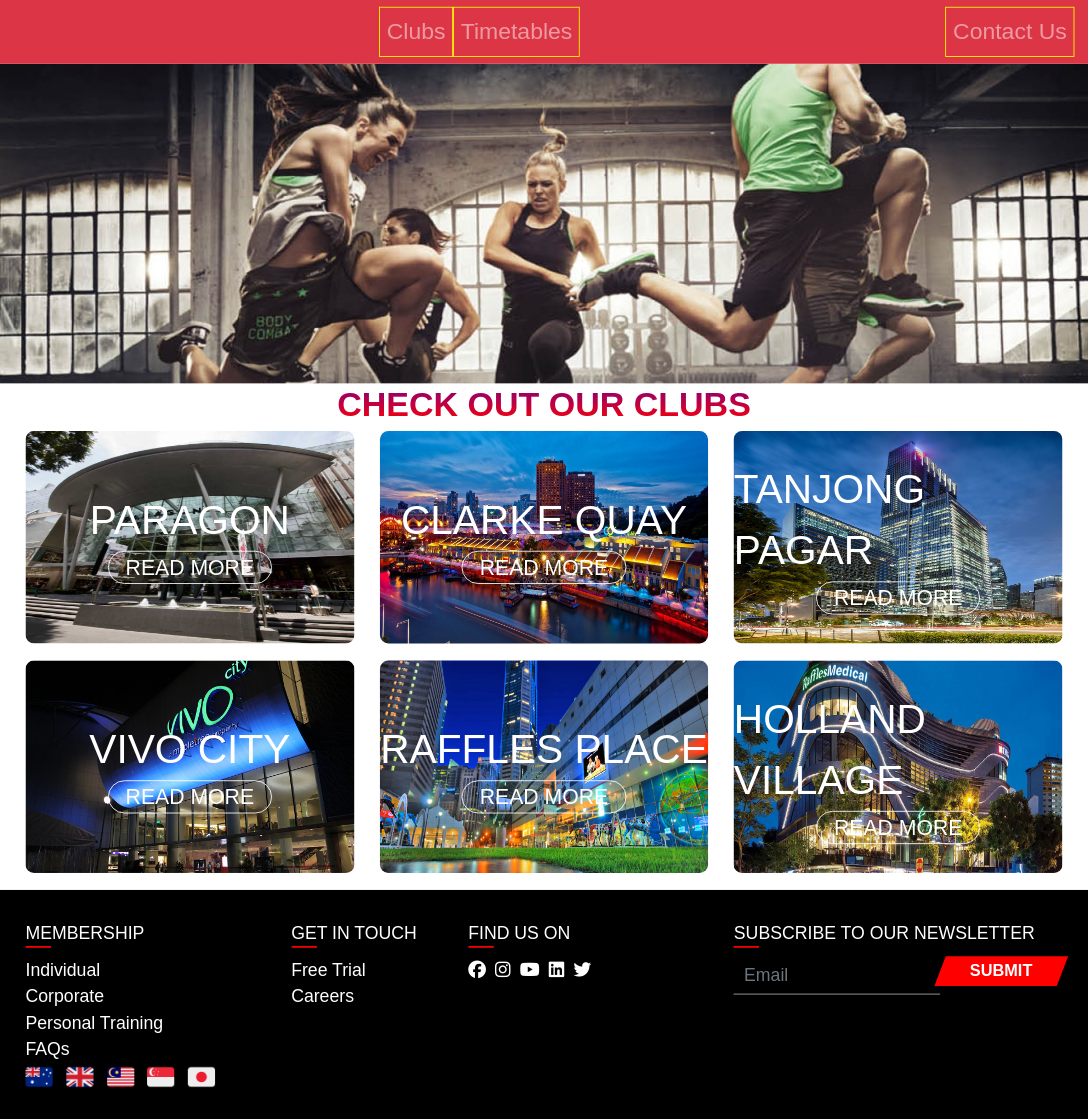
Repository: KJY93/User_Centric_Frontend_Development_Project
Page: clubs.html
The author's editor kept a record of every edit. The page is drawn from the files as they stood at one moment, then again after the next edit.
The browser window is 1280 px wide. The pictures show the whole page, at 85% of full size.
Some web fonts or font styles are not loaded; a fallback is used. Some web libraries are served in a nearby version.

Above is the page before.

### clubs.html
<!DOCTYPE html>
<html lang="en-US">
	<head>
	    <meta charset="UTF-8">
	    <meta name="viewport" content="width=device-width, initial-scale=1.0">
	    <meta http-equiv="X-UA-Compatible" content="ie=edge">
	    <title>Shape Shifters | Our Clubs</title>

		<!-- Google Fonts -->
	    <link href="https://fonts.googleapis.com/css?family=Cute+Font&display=swap" rel="stylesheet">

	    <!-- Logo -->
	    <link rel="icon" href="static/fitness-logo.ico">

	    <!-- Bootstrap CSS -->
	    <link rel="stylesheet" href="https://stackpath.bootstrapcdn.com/bootstrap/4.3.1/css/bootstrap.min.css" integrity="sha384-ggOyR0iXCbMQv3Xipma34MD+dH/1fQ784/j6cY/iJTQUOhcWr7x9JvoRxT2MZw1T" crossorigin="anonymous">

	    <!-- External CSS StyleSheet -->
		<link rel="stylesheet" type="text/css" href="static/styles.css">

		<!-- Bootstrap JS -->
	    <script src="https://code.jquery.com/jquery-3.3.1.slim.min.js" integrity="sha384-q8i/X+965DzO0rT7abK41JStQIAqVgRVzpbzo5smXKp4YfRvH+8abtTE1Pi6jizo" crossorigin="anonymous"></script>
	    <script src="https://cdnjs.cloudflare.com/ajax/libs/popper.js/1.14.7/umd/popper.min.js" integrity="sha384-UO2eT0CpHqdSJQ6hJty5KVphtPhzWj9WO1clHTMGa3JDZwrnQq4sF86dIHNDz0W1" crossorigin="anonymous"></script>
	    <script src="https://stackpath.bootstrapcdn.com/bootstrap/4.3.1/js/bootstrap.min.js" integrity="sha384-JjSmVgyd0p3pXB1rRibZUAYoIIy6OrQ6VrjIEaFf/nJGzIxFDsf4x0xIM+B07jRM" crossorigin="anonymous"></script>

	    <!-- Font Awesome -->
	    <script src="https://kit.fontawesome.com/3df94da5fe.js"></script>

	    <!--External JS -->
	    <script type="text/javascript" src="static/index.js"></script>
	</head>
	<body>
		<main>
	        <!-- Navbar -->
			<nav class="navbar navbar-expand-md navbar-dark bg-danger">

			  	<button class="navbar-toggler" type="button" data-toggle="collapse" data-target="#navbarNav">
			    <span class="navbar-toggler-icon"></span>
			  	</button>
			  	<div class="collapse navbar-collapse" id="navbarNav">

			    	<ul class="navbar-nav ml-auto">
			      		<li class="nav-item">
			        		<a class="nav-link nav-status" href="clubs.html">Clubs</a>
			      		</li>
			      		<li class="nav-item">
			        		<a class="nav-link nav-status" href="timetables.html">Timetables</a>
			      		</li>
			    	</ul>

			    	<ul class="navbar-nav ml-auto">
			      		<li class="nav-item">
			        		<a class="nav-link nav-status" href="contact.html">Contact Us</a>
			      		</li>
			    	</ul>
			  	</div>
			</nav>

			<!-- Header background -->
			<div id="club-header-background"></div>

			<div>
				<h1 class="club-header"><strong>CHECK OUT OUR CLUBS</strong></h1>
			</div>

			<!-- To display clubs location -->
			<div class="container-fluid">
				<div class="row">
					<div class="col-sm-12 col-md-4 location-container">
						<a id="location-image-1" class="location" href="#">
							<div class="location-name">
								PARAGON
							</div>
							<div class="club-info">
								READ MORE
							</div>
						</a>
					</div>

					<div class="col-sm-12 col-md-4 location-container">
						<a id="location-image-2" class="location" href="#">
							<div class="location-name">
								CLARKE QUAY
							</div>
							<div class="club-info">
								READ MORE
							</div>
						</a>
					</div>

					<div class="col-sm-12 col-md-4 location-container">
						<a id="location-image-3" class="location" href="#">
							<div class="location-name">
								TANJONG PAGAR
							</div>
							<div class="club-info">
								READ MORE
							</div>
						</a>
					</div>

					<div class="col-sm-12 col-md-4 location-container">
						<a id="location-image-4" class="location" href="#">
							<div class="location-name">
								VIVO CITY
							</div>
							<div class="club-info">
								READ MORE
							</div>
						</a>
					</div>

					<div class="col-sm-12 col-md-4 location-container">
						<a id="location-image-5" class="location" href="#">
							<div class="location-name">
								RAFFLES PLACE
							</div>
							<div class="club-info">
								READ MORE
							</div>
						</a>
					</div>

					<div class="col-sm-12 col-md-4 location-container">
						<a id="location-image-6" class="location" href="#">
							<div class="location-name">
								HOLLAND VILLAGE
							</div>
							<div class="club-info">
								READ MORE
							</div>
						</a>
					</div>
				</div>
			</div>

			<!-- Footer -->
			<footer>
				<div class="container-fluid">
					<div class="row">
						<div class="col-sm-12 col-md-3">
							<div>MEMBERSHIP</div>
							<div class="separator"></div>
							<div>Individual</div>
							<div>Corporate</div>
							<div>Personal Training</div>
							<div>FAQs</div>
						</div>

						<div class="col-sm-12 col-md-2">
							<div>GET IN TOUCH</div>
							<div class="separator"></div>
							<div>Free Trial</div>
							<div>Careers</div>
						</div>

						<div class="col-sm-12 col-md-3">
							<div>FIND US ON</div>
							<div class="separator"></div>
							<div>
								<i class="fab fa-facebook social-media-logo"></i>
								<i class="fab fa-instagram social-media-logo"></i>
								<i class="fab fa-youtube social-media-logo"></i>
								<i class="fab fa-linkedin social-media-logo"></i>
								<i class="fab fa-twitter social-media-logo"></i>
							</div>
						</div>

						<div class="col-sm-12 col-md-4">
							<div>SUBSCRIBE TO OUR NEWSLETTER</div>

							<div class="separator"></div>

							<form method="post" action="">
								<div class="input-field-container">
									<div class="form-group">
										<input input id="subscription" type="email" class="form-control" placeholder="Email" required>
									</div>

									<div class="each">
										<button type="button" class="submit-btn" value="submit"><span>SUBMIT</span></button>
									</div>
								</div>
							</form>
						</div>

						<div class="col-sm-12">
							<img class="flag-logo" src="static/australia-flag.png" alt="australia flag"/>
							<img class="flag-logo" src="static/uk-flag.png" alt="uk flag"/>
							<img class="flag-logo" src="static/mys-flag.png" alt="malaysia flag"/>
							<img class="flag-logo" src="static/sg-flag.png" alt="singapore flag"/>
							<img class="flag-logo" src="static/jpn-flag.png" alt="japan flag"/>
						</div>
					</div>
				</div>
			</footer>
		</main>
	</body>
</html>

### static/styles.css
body, html {
	height: 100%;
}

body {
	font-family: 'Cute Font', cursive, sans-serif;
}

#navbarbrandlistitem {
	text-decoration: none;
}

nav li {
	border: 1px solid yellow;
}

body.home a.home, body.articles a.articles, body.blog a.blog {

	background-color: green;

}

.nav-item {
	font-size: 130%;
}

.table-striped > tbody > tr:nth-child(odd) > td {
	background: -webkit-linear-gradient(top, #fee5ac, #ffa824);
}

#subscription {
  background: transparent;
  border: none;
  border-bottom: 1px solid #a9a9a9;
  box-shadow: none;
  border-radius: 0;
}

.iframe-video-size {
	width: 300px;
	height: 320px;
}

.social-media-logo {
	margin-right: 5px;
}

.separator {
	margin-bottom: 10px;
	height: 2px;
	width: 30px;
	background: rgb(255, 0, 0);
	z-index: 1;
}

.row {
	margin-left: 0;
	margin-right: 0;
}

#advert > h1 {
	color: #ffffff;
}

#signup-link {
	color: #ffffff;
}

input[type="email"] {
 	font-size: 1em;
}

.col-sm-12, .col-md-6, .nav-link, #signup-link {
	font-size: 1.3em;
}

.link-deco:link {
	text-decoration: none;
}

.link-deco:hover {
	font-size:120%;
}

.link-font-color, button > .link-deco:hover {
	color: #ffffff;
}

.box2, .box3 {
	background: rgba(255,117,117,0.1);
}

.button-container, p, .challenge-container, #signup-container, .box3, .box2 {
	text-align: center;
}

#divider {
	width: 100%;
	border: 1px solid black;
}

footer {
	padding-top: 35px;
	padding-bottom: 35px;
	background: rgba(0, 0, 0);
	color: #ffffff;
}

.box1 {
	background:url('../static/background-mobile.jpg');
	background-repeat: no-repeat;
	background-size: 100% 100%;
	height: 280px;
	display: flex;
	align-items: center;
	justify-content: center;
}

/*https://codepen.io/adamjohnson/pen/aokGt*/
/* Skew button design adapted from the above codepen project*/
.submit-btn {
	color: #fff;
	background: #ff0000;
	font-weight: 700;
	text-align: center;
	text-decoration: none;
	border: 0;
	outline: 0;
	font-size: 1.2rem;
	padding: 12px 35px;
	display: inline-block;
	transform: skew(-21deg);
	border-radius: 0;
}

.input-field-container {
	display: flex;
	flex-direction: row;
}

.submit-btn:hover {
	background: #0069a8;
}

span {
	display: inline-block; /* change to inline-block so that the text can be un-skewed*/
}

.submit-btn > span {
	-webkit-transform: skew(21deg);  /* Un-skew the text */
}

.btn-group {
	padding-left: 15px;
}

.btn-group-1 {
	background: lightblue;
}

.flag-logo {
	padding-right: 10px;
}

#club-header-background {
	background:url('../static/bodycombat.jpg');
	background-repeat: no-repeat;
	background-size: 100% 100%;
	height: 200px;
}

.club-header {
	text-align: center;
	background: linear-gradient(to top, #ff0000 , #800080);
	-webkit-background-clip: text;
	-webkit-text-fill-color: transparent;
	font-size: 2.5em;
}

.location {
	display: flex;
	flex-direction: column;
	justify-content: center;
	align-items: center;
	color: #ffffff;
	margin-bottom: 20px;
}

.location:link {
	text-decoration: none;
}

.location:hover {
	opacity: 0.8;
}

.location:hover .location-name, .location:hover .club-info {
	background: linear-gradient(to top, #ff0000 , #ff9800);
	-webkit-background-clip: text;
	-webkit-text-fill-color: transparent;
}

.location-name {
	font-size: 2.3em;
}

.club-info {
	font-size: 1.2em;
	border: 1px solid #ffffff;
	padding-left: 20px;
	padding-right: 20px;
	border-radius: 20px;
}

#location-image-1 {
	background:url('../static/paragon.jpg');
    background-size: 100% 100%;
    background-repeat: no-repeat;
    background-position: center;
	border-radius: 10px;
	height: 250px;
}

#location-image-2 {
	background:url('../static/clarke-quay.jpg');
    background-size: 100% 100%;
    background-repeat: no-repeat;
    background-position: center;
	border-radius: 10px;
	height: 250px;
}

#location-image-3 {
	background:url('../static/tanjongpagar.jpg');
    background-size: 100% 100%;
    background-repeat: no-repeat;
    background-position: center;
	border-radius: 10px;
	height: 250px;
}

#location-image-4 {
	background:url('../static/vivocity.jpg');
    background-size: 100% 100%;
    background-repeat: no-repeat;
    background-position: center;
	border-radius: 10px;
	height: 250px;
}

#location-image-5 {
	background:url('../static/rafflesplace.jpg');
    background-size: 100% 100%;
    background-repeat: no-repeat;
    background-position: center;
	border-radius: 10px;
	height: 250px;
}

#location-image-6 {
	background:url('../static/rafflesmall.jpg');
    background-size: 100% 100%;
    background-repeat: no-repeat;
    background-position: center;
	border-radius: 10px;
	height: 250px;
}

#timetables-header-background {
	background:url('../static/groupyoga.jpg');
	background-repeat: no-repeat;
	background-size: 100% 100%;
	height: 250px;
}

/* override text alignment and font-size*/
.table {
	text-align: center;
	font-size: 1.3rem;
}

#contact-us-background {
	background:url('../static/reachout.jpg');
	background-repeat: no-repeat;
	background-size: 100% 100%;
	height: 200px;
}

.contact-container {
	display: flex;
	align-items: center;
	flex-direction: column;
}

.generic-submit-btn-container, .form-attribute {
	text-align: center;
}

.form-group.w-75 {
	text-align: center;
}

.contact-us {
	font-size: 1.8em;
}

.generic-submit-btn-container {
	margin-bottom: 15px;
}

.form-attribute, .form-placeholder:placeholder-shown, textarea:placeholder-shown {
  font-size: 1.2em;
}

/* for extra small device */
@media (max-width: 400px) {
	.iframe-video-size {
	width: 260px;
	height: 320px;
	}

	#club-header-background {
		height: 160px;
	}

	.club-header {
		font-size: 2.0em;
	}

	.location-name {
		font-size: 2.0em;
	}

	.club-info {
		font-size: 1.0em;
	}

	.contact-us {
		font-size: 1.5em;
	}
	.box1 {
		height: 220px;
	}
}

/* for medium screen device */
@media (min-width: 768px) and (max-width: 991.98px) {
	.box1 {
		background:url('../static/background.jpg');
		background-repeat: no-repeat;
		height: 400px; /* 550 */
		background-size: 100% 100%;
	}

	.box2 {
		text-align: center;
	}

	.btn-group {
		padding-left: 0;
	}

	.iframe-video-size {
		width: 340px;
		height: 320px;
	}

	#timetables-header-background {
		height: 450px;
	}

	.table {
		font-size: 1.8rem;
	}

	#contact-us-background {
		height: 450px;
	}

	.form-attribute, .form-placeholder:placeholder-shown, textarea:placeholder-shown,
	.generic-submit-btn-container > button {
	  font-size: 1.4em;
	}

	.location-name, .club-info {
		font-size: 1.5em;
	}
}

/* for large screen device */
@media (min-width: 992px) {
	.box1 {
		height: 600px;
	}

	.btn-group {
		padding-left: 0;
	}

	.submit-btn {
		padding: 3px 35px;
	}

	.iframe-video-size {
		width: 470px;
		height: 320px;
	}

	#club-header-background {
		height: 376px;
	}

	#timetables-header-background {
		height: 600px;
	}

	#contact-us-background {
		height: 550px;
	}

	.form-attribute, .form-placeholder:placeholder-shown, textarea:placeholder-shown,
	.generic-submit-btn-container > button {
	  font-size: 1.5em;
	}

}

### static/index.js
// added interactivity to show user which current page they are currently on using javascript
document.addEventListener('DOMContentLoaded', () => {

    var navlinkitem = document.querySelectorAll('nav li a');
    console.log(navlinkitem);

    for (var i = 0; i < navlinkitem.length; i++) {

        if (navlinkitem[i].href == window.location.href) {
            navlinkitem[i].parentElement.classList.add('activepage');
        }
    }
});

After the next edit:
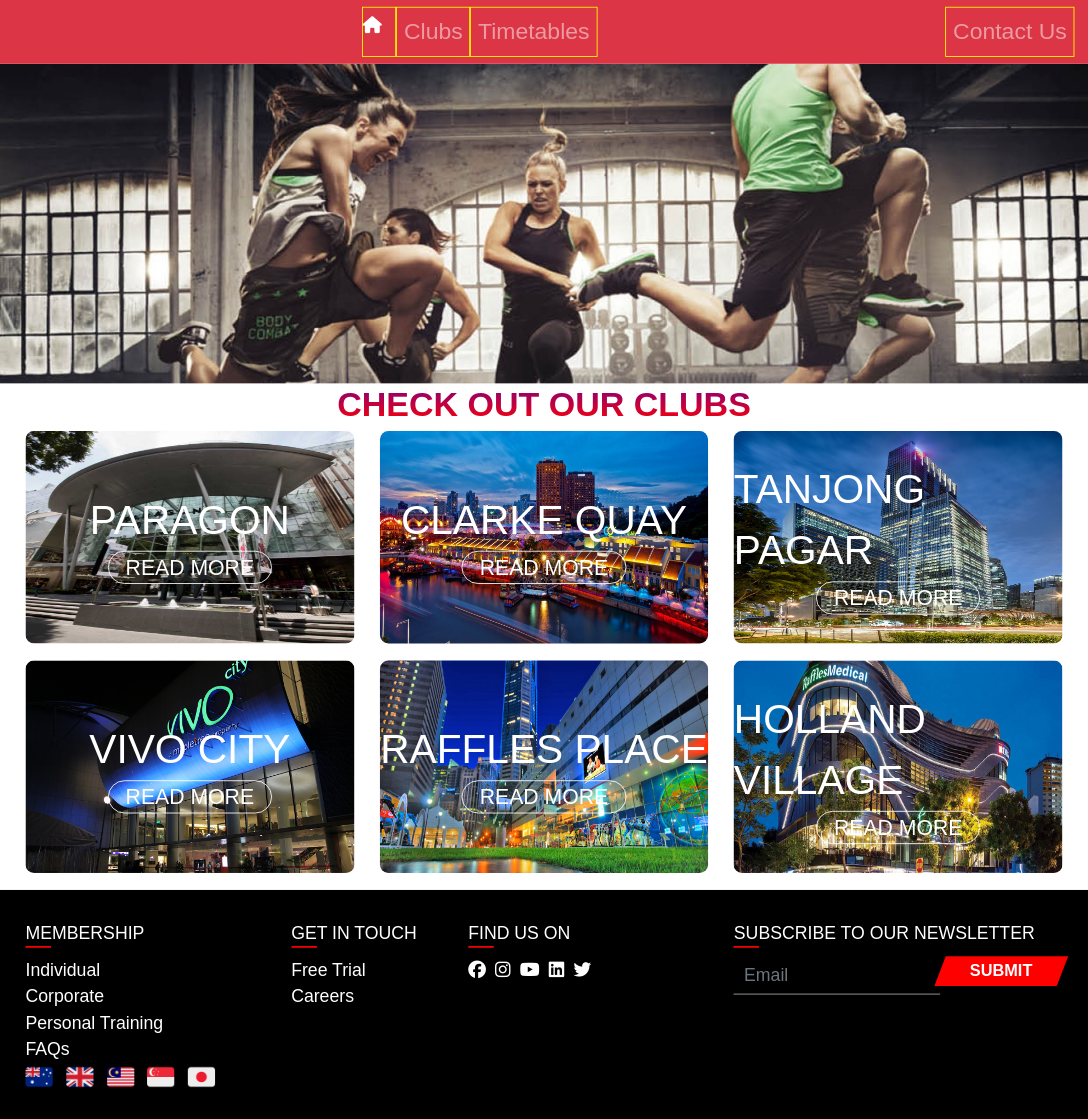
The edit:
--- a/clubs.html
+++ b/clubs.html
@@ -40,6 +40,9 @@
 			  	<div class="collapse navbar-collapse" id="navbarNav">
 
 			    	<ul class="navbar-nav ml-auto">
+			    		<li class="nav-item">
+			    			<a class="navbar-brand nav-status" href="index.html"><span><i class="fas fa-home"></i></span></a>
+			    		</li>
 			      		<li class="nav-item">
 			        		<a class="nav-link nav-status" href="clubs.html">Clubs</a>
 			      		</li>
